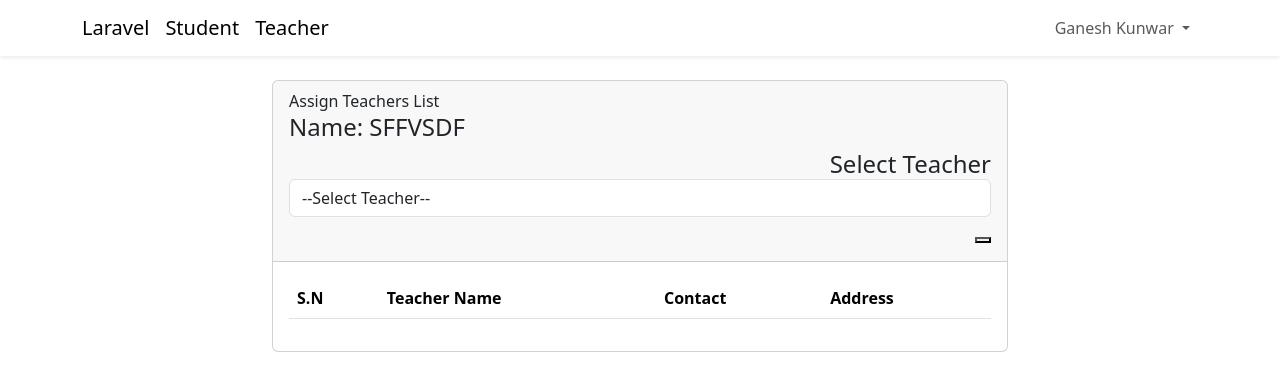
Repository: kunwarganesh07/Example
Page: http://localhost/assign/teachers/4
The author's editor kept a copy of each file at every save. The page is drawn from the files as they stood at one save, then again after the next save.
The browser window is 1280 px wide. The pictures show the whole page.
The page is served by the project's Laravel application, run on PHP 8.4 with Laravel 12. The first stored user is signed in. Other server files are loaded and not shown. The database holds what the project's SQL file puts in it.

Above is the page before, as saved 2025-11-19 14:53:06.

### routes/web.php
<?php


use App\Http\Controllers\HomeController;
use App\Http\Controllers\StudentController;
use App\Http\Controllers\TeacherController;
use Illuminate\Support\Facades\Auth;
use Illuminate\Support\Facades\Route;

Route::get('/', function () {
    return view('welcome');
});

Auth::routes();
Route::group(['middleware' => 'auth'], function () {
    Route::get('/home', [HomeController::class, 'index'])->name('home');
    Route::get('/student', [StudentController::class, 'index'])->name('student.index');
    Route::get('/student/create', [StudentController::class, 'create'])->name('student.create');
    Route::post('store', [StudentController::class, 'store'])->name('store');
    Route::put('update/{id}', [StudentController::class, 'update'])->name('students.update');
    Route::delete('delete/{id}', [StudentController::class, 'destroy'])->name('students.delete');

    Route::get('student/edit/{id}', [StudentController::class, 'edit'])->name('students.edit');
    Route::get('student/profile/{id}', [StudentController::class, 'profile'])->name('students.profile');
    Route::put('students/profileupdate', [StudentController::class, 'profileupdate'])->name('students.profileupdate');
    Route::get('student/fees/{id}', [StudentController::class, 'fees'])->name('students.fees');
    Route::get('pay/fees/{id}', [StudentController::class, 'pay'])->name('pay.fees');
    Route::post('fees/store', [StudentController::class, 'feesstore'])->name('fees.store');
    Route::get('assign/teachers/{id}', [StudentController::class, 'assignteacher'])->name('assign.teachers');






    Route::get('/teachers', [TeacherController::class, 'index'])->name('teachers.index');
    Route::get('/teachers/create', [TeacherController::class, 'create'])->name('teachers.create');
    Route::post('/teachers/store', [TeacherController::class, 'store'])->name('teachers.store');
});

### app/Http/Controllers/StudentController.php
<?php

namespace App\Http\Controllers;

use App\Models\Student;
use App\Models\StudentFees;
use App\Models\StudentProfile;
use App\Models\Teacher;
use Illuminate\Http\Request;

class StudentController extends Controller
{
    /**
     * Display a listing of the resource.
     */
    public function index()
    {
        // $student = Student::all();
        $student = Student::with('profile')->get();
        return view('student.index', compact('student'));
    }

    /**
     * Show the form for creating a new resource.
     */
    public function create()
    {
        return view('student.create');
    }

    /**
     * Store a newly created resource in storage.
     */
    public function store(Request $request)
    {
        // dd($request->all());

        $image = '';
        if ($request->hasFile('image')) {
            $image = time() . '.' . $request->image->extension();
            $request->image->move(public_path('upload/images'), $image);
        }

        $student = new Student();
        $student->name = $request->name;
        $student->contact = $request->contact;
        $student->address = $request->address;
        $student->image = $image;
        $student->save();
        return redirect()->route('student.index');
    }

    /**
     * Display the specified resource.
     */
    public function show(string $id)
    {
        //
    }

    /**
     * Show the form for editing the specified resource.
     */
    public function edit(string $id)
    {
        // dd($id);
        $student = Student::findOrfail($id);
        return view('student.edit', compact('student'));
    }

    /**
     * Update the specified resource in storage.
     */
    public function update(Request $request, string $id)
    {


        $data = Student::findOrfail($id);


        $image = $data->image;
        if ($request->hasFile('image')) {
            $image = time() . '.' . $request->image->extension();
            $request->image->move(public_path('upload/images'), $image);
        }


        $data->name = $request->name;
        $data->address = $request->address;
        $data->contact = $request->contact;
        $data->image = $image;
        $data->save();

        return redirect()->route('student.index');
    }

    /**
     * Remove the specified resource from storage.
     */
    public function destroy(string $id)
    {
        $data = Student::findOrfail($id);
        $data->delete();
        return redirect()->route('student.index');
        // dd('DELETE STUDENT');
    }

    public function profile($id)
    {
        $student = Student::findOrfail($id);
        return view('student.profile', compact('student'));
    }

    public function profileupdate(Request $request)
    {
        // dd($request->all());
        $data = new StudentProfile();
        $data->student_id = $request->student_id;
        $data->father_name = $request->father_name;
        $data->class = $request->class;
        $data->save();

        return redirect()->route('student.index');
    }

    public function fees($id)
    {
        // $fees = StudentFees::all();
        $student = Student::with('fees')->findOrFail($id);
        return view('student.fees', compact('student'));
    }
    public function pay($id)
    {
        $student = Student::findOrfail($id);
        return view('student.pay', compact('student'));
    }

    public function feesstore(Request $request)
    {
        // dd($request->all());
        $fees = new StudentFees();
        $fees->student_id = $request->student_id;
        $fees->amount = $request->amount;
        $fees->date = $request->date;
        $fees->message = $request->message;
        $fees->save();
        return redirect()->route('students.fees', $request->student_id);
    }

    public function assignteacher($id)
    {
        $teachers=Teacher::all();
        $data = Student::findOrfail($id);
        return view('student.assignteacher',compact('data','teachers'));
    }
}

### app/Models/Teacher.php
<?php

namespace App\Models;

use Illuminate\Database\Eloquent\Model;

class Teacher extends Model
{
    protected $fillable = ['name', 'address', 'contact'];
}

### app/Models/Student.php
<?php

namespace App\Models;

use Illuminate\Database\Eloquent\Model;

class Student extends Model
{
    protected $fillable = ['name', 'address', 'contact'];

    public function profile()
    {
        return $this->hasOne(StudentProfile::class);
    }

    public function fees()
    {
        return $this->hasMany(StudentFees::class);
    }
}

### resources/views/student/assignteacher.blade.php
@extends('layouts.app')

@section('content')
    <div class="container">
        <div class="row justify-content-center">
            <div class="col-md-8">
                <div class="card">
                    <div class="card-header">{{ __('Assign Teachers List') }}
                        <h4>Name: {{ $data->name }}</h4>
                        <h4 class="text-end">
                            <form action="" method="POST">
                                @csrf
                                <div class="form-group">
                                    <label for="">Select Teacher</label>
                                    <Select class="form-control">
                                        <option value="" selected disabled>--Select Teacher--</option>
                                        @foreach ($teachers as $teacher)
                                            <option value="{{ $teacher->id }}">{{ $teacher->name }}</option>
                                        @endforeach
                                    </Select>

                                    <button type="submit" ></button>
                                </div>
                            </form>
                        </h4>
                    </div>

                    <div class="card-body">
                        <table class="table">
                            <thead>
                                <th>S.N</th>
                                <th>Teacher Name</th>
                                <th>Contact</th>
                                <th>Address</th>
                            </thead>
                            <tbody>
                                {{-- @foreach ($student->fees as $data)
                                    <tr>
                                        <td>{{ $loop->iteration }}</td>
                                        <td>{{ $data->amount }}</td>
                                        <td>{{ $data['date'] }}</td>
                                        <td>{{ $data['message'] }}</td>

                                    </tr>
                                @endforeach --}}
                            </tbody>
                        </table>
                    </div>
                </div>
            </div>
        </div>
    </div>
@endsection

### resources/views/layouts/app.blade.php
<!doctype html>
<html lang="{{ str_replace('_', '-', app()->getLocale()) }}">

<head>
    <meta charset="utf-8">
    <meta name="viewport" content="width=device-width, initial-scale=1">

    <!-- CSRF Token -->
    <meta name="csrf-token" content="{{ csrf_token() }}">

    <title>{{ config('app.name', 'Laravel') }}</title>

    <!-- Fonts -->
    <link rel="dns-prefetch" href="//fonts.bunny.net">
    <link href="https://fonts.bunny.net/css?family=Nunito" rel="stylesheet">

    <link rel="stylesheet" href="https://cdn.jsdelivr.net/npm/bootstrap@5.3.8/dist/css/bootstrap.min.css">
    <script src="https://cdn.jsdelivr.net/npm/bootstrap@5.3.8/dist/js/bootstrap.bundle.min.js"></script>
    <!-- Scripts -->
    {{-- @vite(['resources/sass/app.scss', 'resources/js/app.js']) --}}
</head>

<body>
    <div id="app">
        <nav class="navbar navbar-expand-md navbar-light bg-white shadow-sm">
            <div class="container">
                @auth
                    <a class="navbar-brand" href="{{ url('/') }}">
                        {{ config('app.name', 'Laravel') }}
                    </a>
                    <a class="navbar-brand" href="{{ route('student.index') }}">
                        {{ 'Student' }}
                    </a>
                    <a class="navbar-brand" href="{{ route('teachers.index') }}">
                        {{ 'Teacher' }}
                    </a>
                @endauth
                <button class="navbar-toggler" type="button" data-bs-toggle="collapse"
                    data-bs-target="#navbarSupportedContent" aria-controls="navbarSupportedContent"
                    aria-expanded="false" aria-label="{{ __('Toggle navigation') }}">
                    <span class="navbar-toggler-icon"></span>
                </button>

                <div class="collapse navbar-collapse" id="navbarSupportedContent">
                    <!-- Left Side Of Navbar -->
                    <ul class="navbar-nav me-auto">

                    </ul>

                    <!-- Right Side Of Navbar -->
                    <ul class="navbar-nav ms-auto">
                        <!-- Authentication Links -->
                        @guest
                            @if (Route::has('login'))
                                <li class="nav-item">
                                    <a class="nav-link" href="{{ route('login') }}">{{ __('Login') }}</a>
                                </li>
                            @endif

                            @if (Route::has('register'))
                                <li class="nav-item">
                                    <a class="nav-link" href="{{ route('register') }}">{{ __('Register') }}</a>
                                </li>
                            @endif
                        @else
                            <li class="nav-item dropdown">
                                <a id="navbarDropdown" class="nav-link dropdown-toggle" href="#" role="button"
                                    data-bs-toggle="dropdown" aria-haspopup="true" aria-expanded="false" v-pre>
                                    {{ Auth::user()->name }}
                                </a>

                                <div class="dropdown-menu dropdown-menu-end" aria-labelledby="navbarDropdown">
                                    <a class="dropdown-item" href="{{ route('logout') }}"
                                        onclick="event.preventDefault();
                                                     document.getElementById('logout-form').submit();">
                                        {{ __('Logout') }}
                                    </a>

                                    <form id="logout-form" action="{{ route('logout') }}" method="POST" class="d-none">
                                        @csrf
                                    </form>
                                </div>
                            </li>
                        @endguest
                    </ul>
                </div>
            </div>
        </nav>

        <main class="py-4">
            @yield('content')
        </main>
    </div>
</body>

</html>

### example.sql (the tables this page reads)
CREATE TABLE `students` (
  `id` bigint(20) UNSIGNED NOT NULL,
  `name` varchar(255) NOT NULL,
  `contact` varchar(255) NOT NULL,
  `address` varchar(255) NOT NULL,
  `image` varchar(255) DEFAULT NULL,
  `created_at` timestamp NULL DEFAULT NULL,
  `updated_at` timestamp NULL DEFAULT NULL,
  `status` varchar(255) NOT NULL DEFAULT 'on'
) ENGINE=InnoDB DEFAULT CHARSET=utf8mb4 COLLATE=utf8mb4_unicode_ci;

INSERT INTO `students` (`id`, `name`, `contact`, `address`, `image`, `created_at`, `updated_at`, `status`) VALUES
(4, 'SFFVSDF', '4467446667', 'sdfsgrgfdg', '1763283119.png', '2025-11-16 03:06:59', '2025-11-16 03:13:44', 'on'),
(5, 'Keelie Swanson', 'Sit ab architecto ne', 'Anim sit aperiam ess', '1763369195.png', '2025-11-17 03:01:35', '2025-11-17 03:01:35', 'on'),
(6, 'Brenda Talley', 'Officiis fugit amet', 'Non quam cumque cons', '', '2025-11-19 03:49:50', '2025-11-19 03:49:50', 'on');

ALTER TABLE `students`
  ADD PRIMARY KEY (`id`);

ALTER TABLE `students`
  MODIFY `id` bigint(20) UNSIGNED NOT NULL AUTO_INCREMENT, AUTO_INCREMENT=7;

CREATE TABLE `teachers` (
  `id` bigint(20) UNSIGNED NOT NULL,
  `name` varchar(255) NOT NULL,
  `contact` varchar(255) NOT NULL,
  `address` varchar(255) NOT NULL,
  `created_at` timestamp NULL DEFAULT NULL,
  `updated_at` timestamp NULL DEFAULT NULL
) ENGINE=InnoDB DEFAULT CHARSET=utf8mb4 COLLATE=utf8mb4_unicode_ci;

INSERT INTO `teachers` (`id`, `name`, `contact`, `address`, `created_at`, `updated_at`) VALUES
(1, 'DFSDFF', '4467446667', 'Mumbai', '2025-11-13 03:58:11', '2025-11-13 03:58:11'),
(2, 'Quin Roberts', 'Ut nihil quod et nis', 'Elit inventore non', '2025-11-13 04:00:29', '2025-11-13 04:00:29'),
(3, 'Cassandra Merritt', 'Magnam dolores offic', 'Enim non et deleniti', '2025-11-13 05:17:44', '2025-11-13 05:17:44'),
(4, 'Donovan Knox', 'Autem rerum vitae ni', 'Minima id id officia', '2025-11-19 03:22:34', '2025-11-19 03:22:34');

ALTER TABLE `teachers`
  ADD PRIMARY KEY (`id`);

ALTER TABLE `teachers`
  MODIFY `id` bigint(20) UNSIGNED NOT NULL AUTO_INCREMENT, AUTO_INCREMENT=5;

CREATE TABLE `users` (
  `id` bigint(20) UNSIGNED NOT NULL,
  `name` varchar(255) NOT NULL,
  `email` varchar(255) NOT NULL,
  `email_verified_at` timestamp NULL DEFAULT NULL,
  `password` varchar(255) NOT NULL,
  `remember_token` varchar(100) DEFAULT NULL,
  `created_at` timestamp NULL DEFAULT NULL,
  `updated_at` timestamp NULL DEFAULT NULL
) ENGINE=InnoDB DEFAULT CHARSET=utf8mb4 COLLATE=utf8mb4_unicode_ci;

INSERT INTO `users` (`id`, `name`, `email`, `email_verified_at`, `password`, `remember_token`, `created_at`, `updated_at`) VALUES
(1, 'Ganesh Kunwar', 'ganeshkunwarnp2003@gmail.com', NULL, '$2y$12$zuws5i1jBM93zn91sRiEWu6/VYwOU5F1pitrW4ArYiTwxixQ1EUNK', NULL, '2025-11-12 03:30:40', '2025-11-12 03:30:40'),
(2, 'Ganesh Kunwar', 'ganeshkunwar2003@gmail.com', NULL, '$2y$12$a4HvYa1hWIEjIiB7NMkWe.LDoonRKvDYdmrJAjtLM3ArhlO4SN0ai', NULL, '2025-11-12 03:34:18', '2025-11-12 03:34:18');

ALTER TABLE `users`
  ADD PRIMARY KEY (`id`),
  ADD UNIQUE KEY `users_email_unique` (`email`);

ALTER TABLE `users`
  MODIFY `id` bigint(20) UNSIGNED NOT NULL AUTO_INCREMENT, AUTO_INCREMENT=3;

Loaded but not shown: app/Http/Controllers/Auth/ConfirmPasswordController.php (common file); app/Http/Controllers/Controller.php (common file); app/Models/User.php (common file)

After the next save:
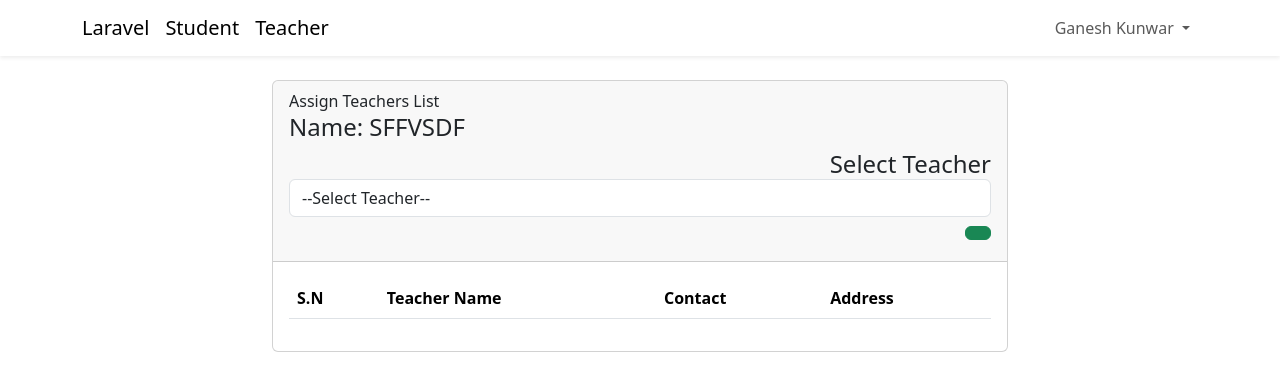
Saved 6 s later.
--- a/resources/views/student/assignteacher.blade.php
+++ b/resources/views/student/assignteacher.blade.php
@@ -19,7 +19,7 @@
                                         @endforeach
                                     </Select>
 
-                                    <button type="submit" ></button>
+                                    <button type="submit" class="btn btn-success"></button>
                                 </div>
                             </form>
                         </h4>
